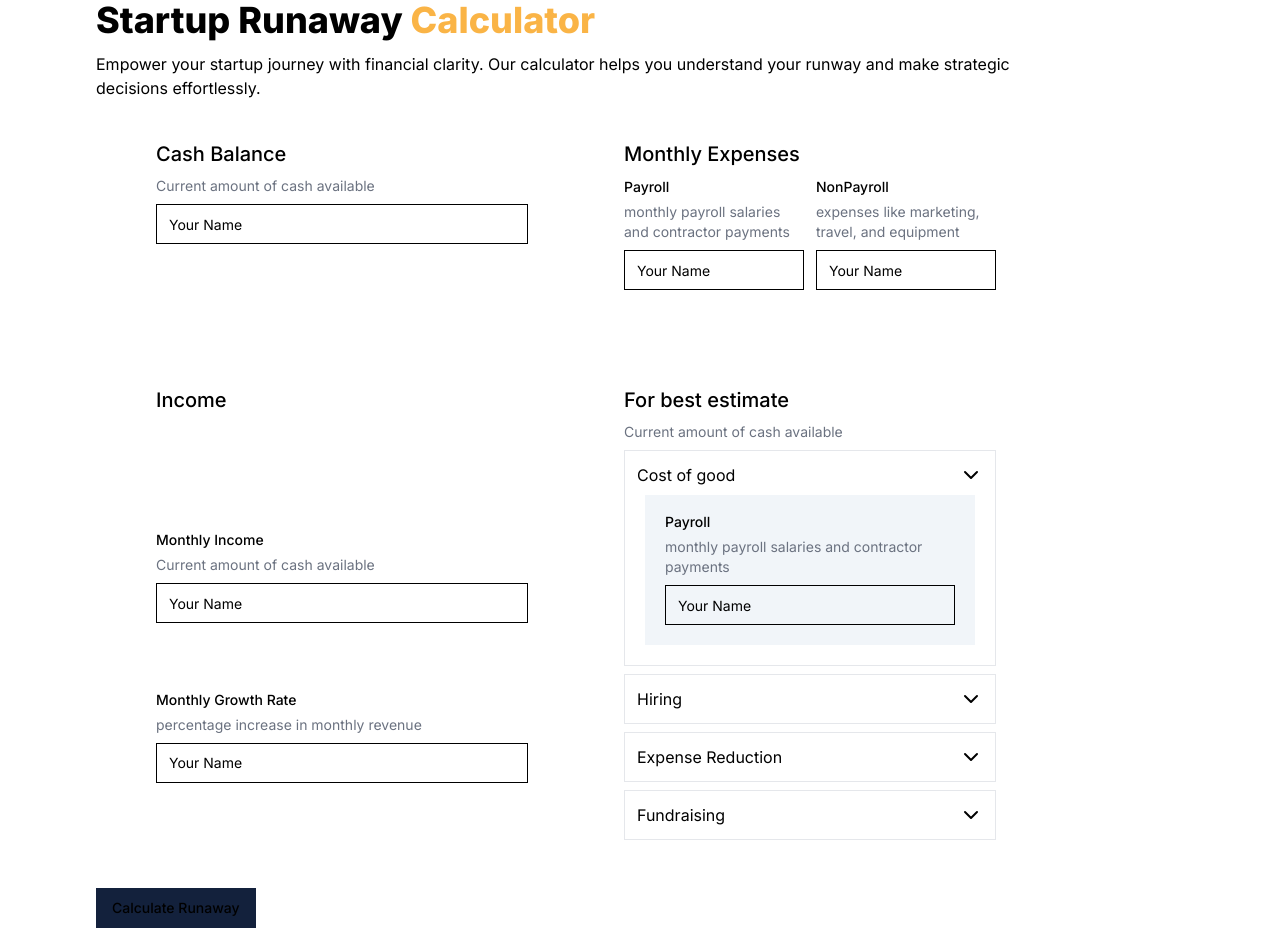
Repository: wossenF/startup-runaway-calculator
Page: /
The author's editor kept a copy of each file at every save. The page is drawn from the files as they stood at one save, then again after the next save.
The browser window is 1280 px wide. The pictures show the whole page.
The project was rebuilt for these pictures with package versions that can differ from the ones it lists, and the page was loaded fresh each time. The framework's server and built-in components were replaced by stand-ins that run in the browser. Also part of the build but not shown: next.config.mjs.

Above is the page before, as saved 2024-04-08 13:56:23.

### src/app/page.tsx
import UserInput from "../components/UserInput";
import {Button} from '../components/ui/button'
export default function Home() {
  return (
    <main className="ml-24 w-3/4 mx-auto">
      <h1 className="font-extrabold text-4xl">Startup Runaway <span className="text-[#FAB446]">Calculator</span></h1>
      <p className="mx-auto max-w-screen-md lg:max-w-screen-lg xl:max-w-screen-xl p-3 pl-0">Empower your startup journey with financial clarity. Our calculator  helps you understand your runway and make strategic decisions  effortlessly.</p>
      <UserInput/>
      <Button className="mb-4">Calculate Runaway</Button>
    </main>
  );
}

### src/components/UserInput.tsx
"use client";
import { Input } from "./ui/input";
import { Label } from "./ui/label";
import { ChevronDown } from "lucide-react";
import {Button} from "./ui/button"
const UserInput = () => {
  return (
    <>
    <div className="container grid grid-cols-1 lg:grid-cols-2 gap-10 pb-5">
      <div className="bg-secondary/50 rounded-lg p-7  ">
        <form className="grid gap-2">
          <Label className="font-medium text-xl">Cash Balance</Label>
          <p className="text-gray-500 text-sm ">
            Current amount of cash available
          </p>
          <Input name="name" placeholder="Your Name" />
        </form>
      </div>

      <div className=" bg-secondary/50 rounded-lg p-7  grid gap-2">
        <Label className="font-medium text-xl">Monthly Expenses</Label>
        <div className="grid grid-cols-2 gap-3 pt-1">
          <div>
            <form className="grid gap-2">
              <Label className="">Payroll</Label>
              <p className="text-gray-500 text-sm ">
                monthly payroll salaries and contractor payments
              </p>
              <Input name="name" placeholder="Your Name" />
            </form>
          </div>
          <div>
            <form className="grid gap-2">
              <Label className="">NonPayroll</Label>
              <p className="text-gray-500 text-sm ">
                expenses like marketing, travel, and equipment
              </p>
              <Input name="name" placeholder="Your Name" />
            </form>
          </div>
        </div>
      </div>

      <div className=" bg-secondary/50 rounded-lg p-7  grid ">
        <Label className="font-medium text-xl">Income</Label>
        <div className="grid gap-3 pt-1">
          <div>
            <form className="grid gap-2">
              <Label className="">Monthly Income</Label>
              <p className="text-gray-500 text-sm ">
                Current amount of cash available
              </p>
              <Input name="name" placeholder="Your Name" />
            </form>
          </div>
          <div>
            <form className="grid gap-2">
              <Label className="">Monthly Growth Rate</Label>
              <p className="text-gray-500 text-sm ">
                percentage increase in monthly revenue
              </p>
              <Input name="name" placeholder="Your Name" />
            </form>
          </div>
        </div>
      </div>

      <div className="bg-secondary/50 rounded-lg p-7  ">
        <form className="grid gap-2">
          <Label className="font-medium text-xl">For best estimate</Label>
          <p className="text-gray-500 text-sm ">
            Current amount of cash available
          </p>
          <div className="p-3 gap-20 border rounded-md  ">
            <div className="flex justify-between ">
              <p>Cost of good </p>
              <ChevronDown />
            </div>

            <div className=" p-5 bg-slate-100 m-2">
            <form className="grid gap-2">
              <Label className="">Payroll</Label>
              <p className="text-gray-500 text-sm ">
                monthly payroll salaries and contractor payments
              </p>
              <Input name="name" placeholder="Your Name" />
            </form>
          </div>
          </div>
          <div className="flex justify-between p-3 gap-20 border rounded-md  ">
            <p>Hiring</p>
            <ChevronDown />
          </div>
          <div className="flex justify-between p-3 gap-20 border rounded-md  ">
            <p>Expense Reduction</p>
            <ChevronDown />
          </div>
          <div className="flex justify-between p-3 gap-20 border rounded-md  ">
            <p>Fundraising</p>
            <ChevronDown />
          </div>
        </form>
      </div>
    </div>

    </>
  );
};

export default UserInput;

### src/components/ui/button.tsx
import * as React from "react"
import { Slot } from "@radix-ui/react-slot"
import { cva, type VariantProps } from "class-variance-authority"

import { cn } from "@/lib/utils"

const buttonVariants = cva(
  "inline-flex items-center justify-center whitespace-nowrap text-sm font-medium ring-offset-background transition-colors focus-visible:outline-none focus-visible:ring-2 focus-visible:ring-ring focus-visible:ring-offset-2 disabled:pointer-events-none disabled:opacity-50",
  {
    variants: {
      variant: {
        default: "bg-[#13213C] text-primary-foreground hover:bg-primary/90",
        destructive:
          "bg-destructive text-destructive-foreground hover:bg-destructive/90",
        outline:
          "border border-input bg-background hover:bg-accent hover:text-accent-foreground",
        secondary:
          "bg-secondary text-secondary-foreground hover:bg-secondary/80",
        ghost: "hover:bg-accent hover:text-accent-foreground",
        link: "text-primary underline-offset-4 hover:underline",
      },
      size: {
        default: "h-10 px-4 py-2",
        sm: "h-9 rounded-md px-3",
        lg: "h-11 rounded-md px-8",
        icon: "h-10 w-10",
      },
    },
    defaultVariants: {
      variant: "default",
      size: "default",
    },
  }
)

export interface ButtonProps
  extends React.ButtonHTMLAttributes<HTMLButtonElement>,
    VariantProps<typeof buttonVariants> {
  asChild?: boolean
}

const Button = React.forwardRef<HTMLButtonElement, ButtonProps>(
  ({ className, variant, size, asChild = false, ...props }, ref) => {
    const Comp = asChild ? Slot : "button"
    return (
      <Comp
        className={cn(buttonVariants({ variant, size, className }))}
        ref={ref}
        {...props}
      />
    )
  }
)
Button.displayName = "Button"

export { Button, buttonVariants }

### src/components/ui/input.tsx
import * as React from "react"

import { cn } from "@/lib/utils"

export interface InputProps
  extends React.InputHTMLAttributes<HTMLInputElement> {}

const Input = React.forwardRef<HTMLInputElement, InputProps>(
  ({ className, type, ...props }, ref) => {
    return (
      <input
        type={type}
        className={cn(
          "flex h-10 w-full rounded-md border border-input bg-background px-3 py-2 text-sm ring-offset-background file:border-0 file:bg-transparent file:text-sm file:font-medium placeholder:text-muted-foreground focus-visible:outline-none focus-visible:ring-2 focus-visible:ring-ring focus-visible:ring-offset-2 disabled:cursor-not-allowed disabled:opacity-50",
          className
        )}
        ref={ref}
        {...props}
      />
    )
  }
)
Input.displayName = "Input"

export { Input }

### src/components/ui/label.tsx
"use client"

import * as React from "react"
import * as LabelPrimitive from "@radix-ui/react-label"
import { cva, type VariantProps } from "class-variance-authority"

import { cn } from "@/lib/utils"

const labelVariants = cva(
  "text-sm font-medium leading-none peer-disabled:cursor-not-allowed peer-disabled:opacity-70"
)

const Label = React.forwardRef<
  React.ElementRef<typeof LabelPrimitive.Root>,
  React.ComponentPropsWithoutRef<typeof LabelPrimitive.Root> &
    VariantProps<typeof labelVariants>
>(({ className, ...props }, ref) => (
  <LabelPrimitive.Root
    ref={ref}
    className={cn(labelVariants(), className)}
    {...props}
  />
))
Label.displayName = LabelPrimitive.Root.displayName

export { Label }

Loaded but not shown: src/app/layout.tsx (common file); src/app/globals.css (common file); src/lib/utils.ts (common file); tailwind.config.ts (common file)

After the next save:
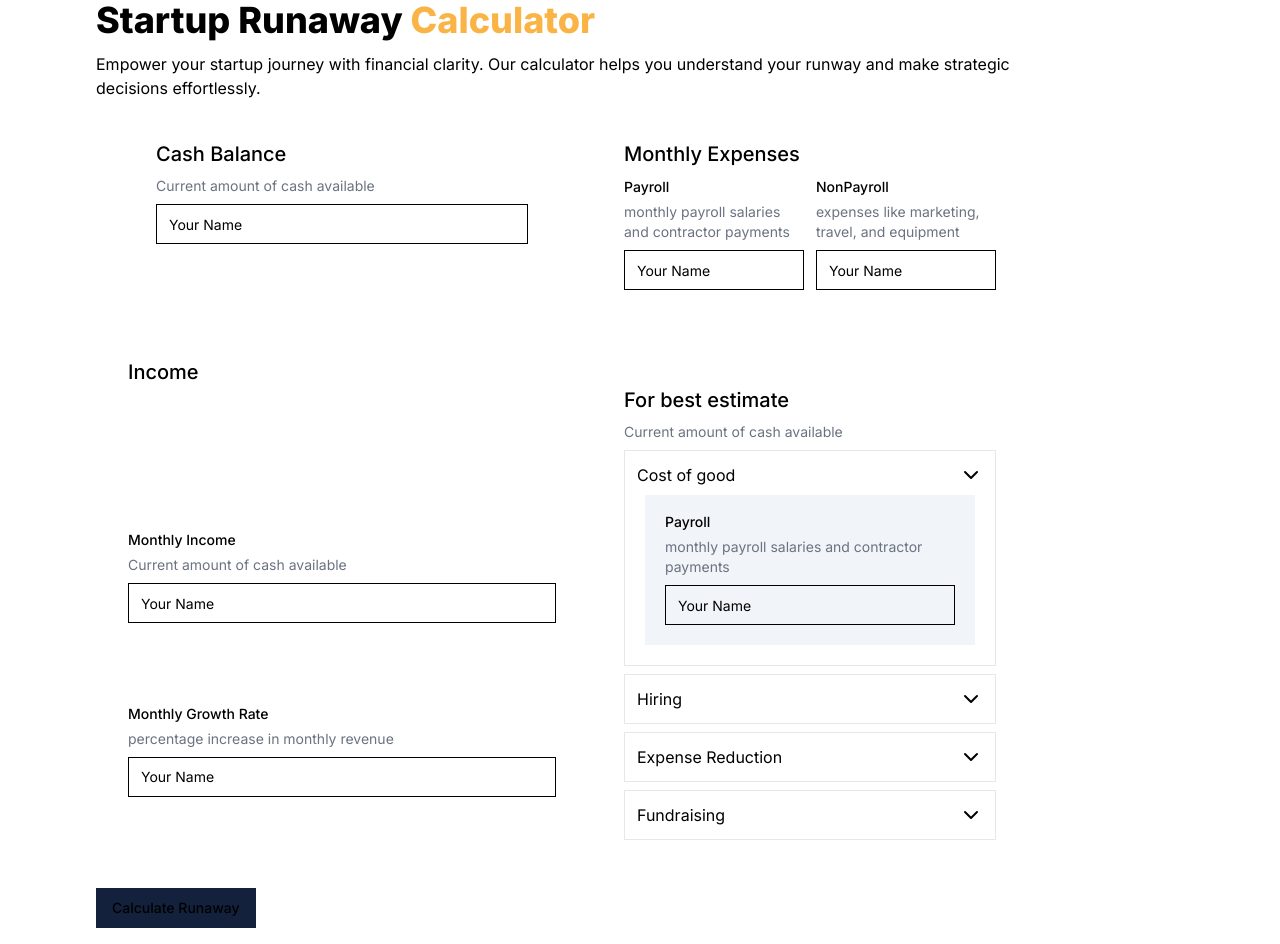
Saved 65 s later.
--- a/src/components/UserInput.tsx
+++ b/src/components/UserInput.tsx
@@ -41,7 +41,7 @@ const UserInput = () => {
         </div>
       </div>
 
-      <div className=" bg-secondary/50 rounded-lg p-7  grid ">
+      <div className=" bg-secondary/50 rounded-lg  grid ">
         <Label className="font-medium text-xl">Income</Label>
         <div className="grid gap-3 pt-1">
           <div>
